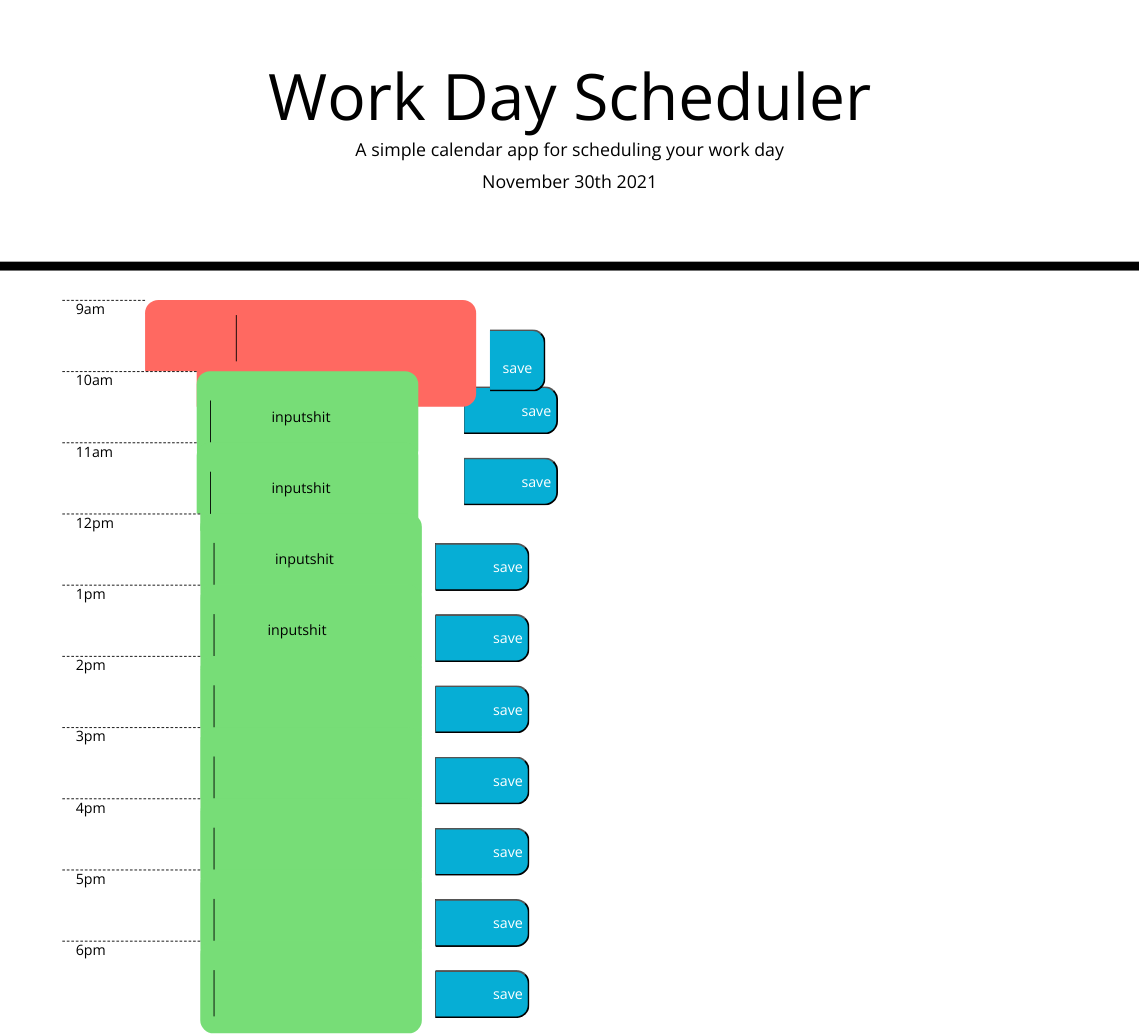
Repository: Naomilounsbury/work-day-scheduler
Page: index.html
These files come from the project's save history. The page is drawn as it stood at one moment and after a run of saves; the edit follows.
The browser window is 1280 px wide. The pictures show the whole page, at 89% of full size.
Some web libraries are served in a nearby version.

Above is the page before, as saved 2021-12-04 08:39:31.

After the next 2 saves:
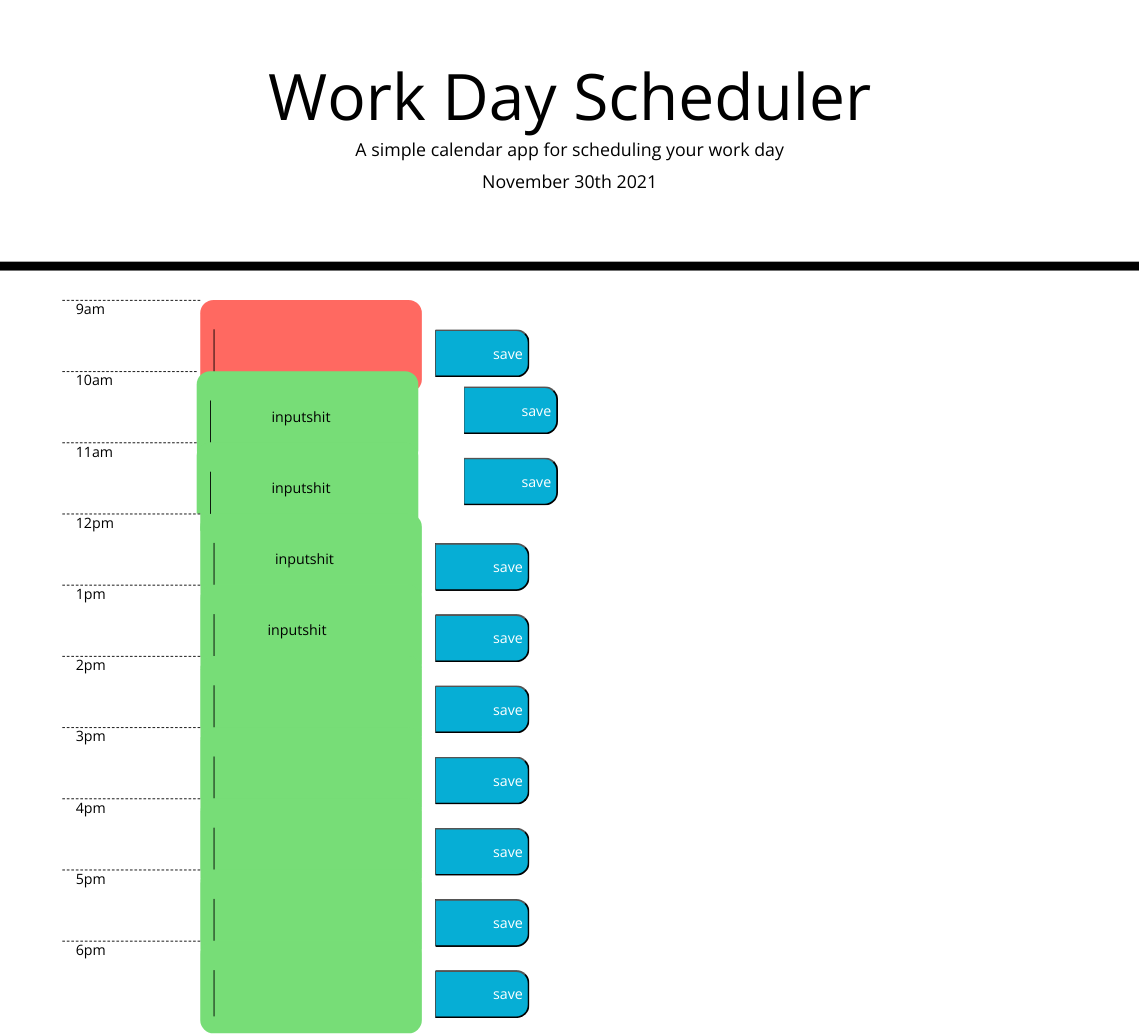
The 2 saves are shown as one change because they came seconds apart.
The last was saved 19 s later.
--- a/index.html
+++ b/index.html
@@ -33,12 +33,12 @@
       <table>
         <tr class="row ">
           <td class="hour col">9am</td>
-          <td class="time-block col-8" id="9">
+          <td class="time-block col" id="9">
             <textarea id="btn9" type="text">
 
           </textarea>
           </td>
-          <td class="col-2">
+          <td class="col">
             <button class = "saveBtn" value="9" onclick=onSave(event)>
               save
             </button>
